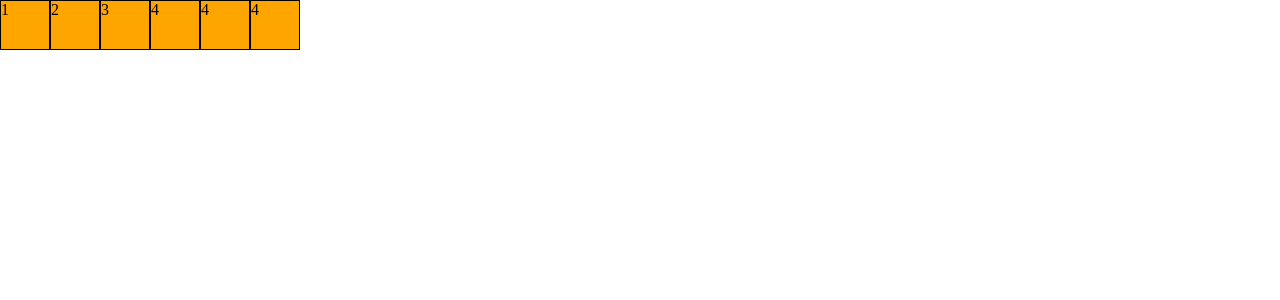
Repository: wisdomphamdev/flex-box
Page: index.html
The author's editor kept a copy of each file at every save. The page is drawn from the files as they stood at one save, then again after the next save.
The browser window is 1280 px wide. The pictures show the whole page.

Above is the page before, as saved 2024-06-10 21:26:10.

### index.html
<!DOCTYPE html>
<html lang="en">
<head>
    <meta charset="UTF-8">
    <meta name="viewport" content="width=device-width, initial-scale=1.0">
    <title>Document</title>
    <link rel="stylesheet" href="style.css">
</head>
<body>
    <div class="container">
        <div class="item">1</div>
        <div class="item">2</div>
        <div class="item">3</div>
        <div class="item">4</div>
        <div class="item">4</div>
        <div class="item">4</div>



    </div>
</body>
</html>

### style.css
* {
  padding: 0;
  margin: 0;
  box-sizing: border-box;
}

.item {
  height: 50px;
  width: 50px;
  border: 1px solid #000;
  background: orange;
}

.container {
  display: flex;
  /* flex-direction: column; */
  /* flex-direction: row; */
  /* flex-direction: column-reverse;*/
  /* flex-direction: row-reverse; */
  /* flex-wrap:nowrap ; */
  /* flex-wrap:wrap ; */
  /* flex-wrap: wrap-reverse; */
  /* justify-content:center; */
  /* justify-content:flex-end ; */
  /* justify-content:flex-start ; */
  /* justify-content:space-between ; */
  /* justify-content:space-around ; */
  /* justify-content: space-evenly; */
  /* align-items: start; */
  /* align-items: center; */
  /* align-items: end; */
  /* gap: 5px; */
}

After the next save:
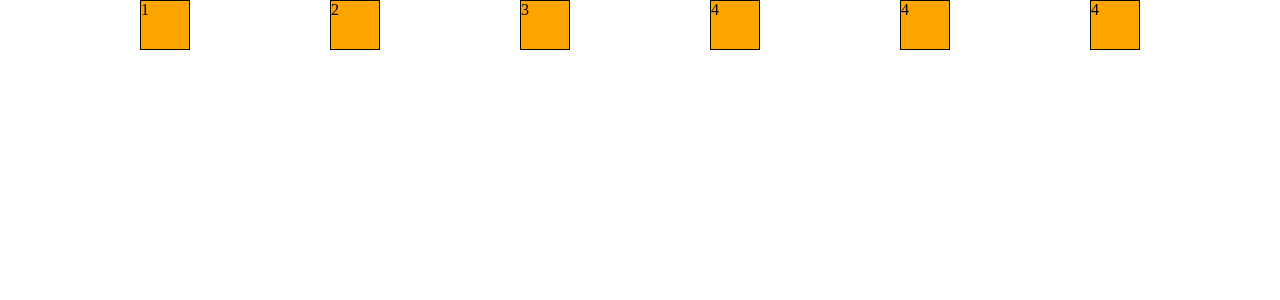
Saved 6 s later.
--- a/style.css
+++ b/style.css
@@ -25,7 +25,7 @@
   /* justify-content:flex-start ; */
   /* justify-content:space-between ; */
   /* justify-content:space-around ; */
-  /* justify-content: space-evenly; */
+  justify-content: space-evenly;
   /* align-items: start; */
   /* align-items: center; */
   /* align-items: end; */

After the save that followed:
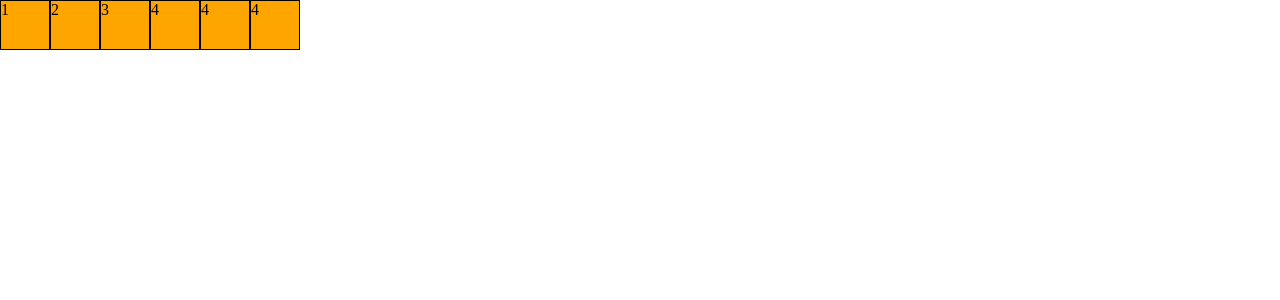
Saved 5 s later.
--- a/style.css
+++ b/style.css
@@ -25,7 +25,7 @@
   /* justify-content:flex-start ; */
   /* justify-content:space-between ; */
   /* justify-content:space-around ; */
-  justify-content: space-evenly;
+  /* justify-content: space-evenly; */
   /* align-items: start; */
   /* align-items: center; */
   /* align-items: end; */
